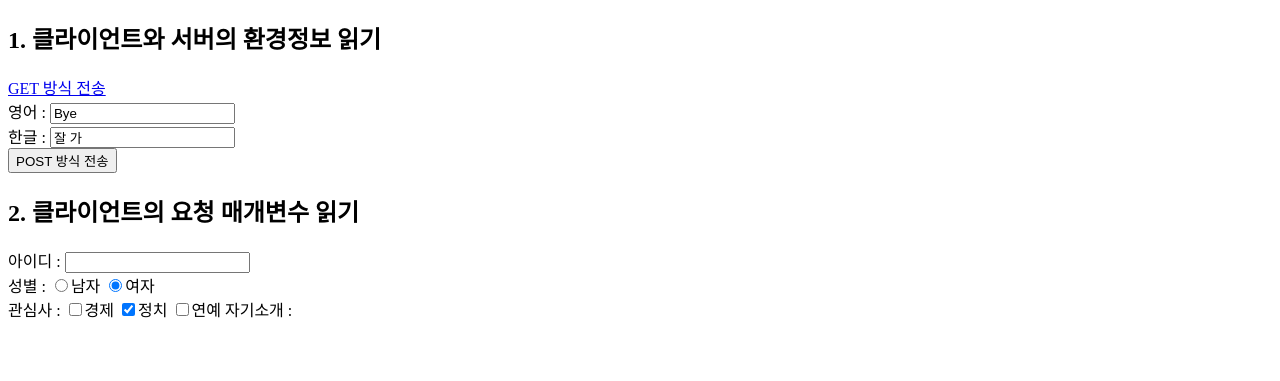
Repository: iamstudybox00/JSP_Servlet
Page: http://localhost/MustHaveJSP/02ImplicitObject/RequestMain.jsp
An editor plug-in stored every save of this project. The page is shown before and after the next save, followed by the edit.
The browser window is 1280 px wide. The pictures show the whole page.
The page is served by Tomcat 10.

Above is the page before, as saved 2025-05-02 05:52:41.

After the next save:
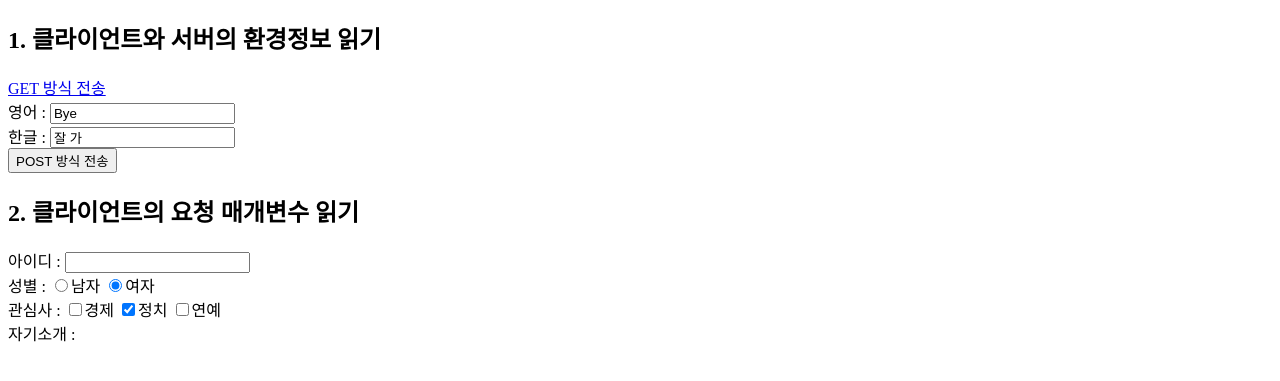
Saved 5 s later.
--- a/MustHaveJSP/src/main/webapp/02ImplicitObject/RequestMain.jsp
+++ b/MustHaveJSP/src/main/webapp/02ImplicitObject/RequestMain.jsp
@@ -28,7 +28,7 @@
 			관심사 :
 			<input type="checkbox" name="favo" value="eco" />경제
 			<input type="checkbox" name="favo" value="pol" checked="checked" />정치
-			<input type="checkbox" name="favo" value="ent" />연예
+			<input type="checkbox" name="favo" value="ent" />연예<br/>
 			자기소개 :
 		</form>
 	</body>
